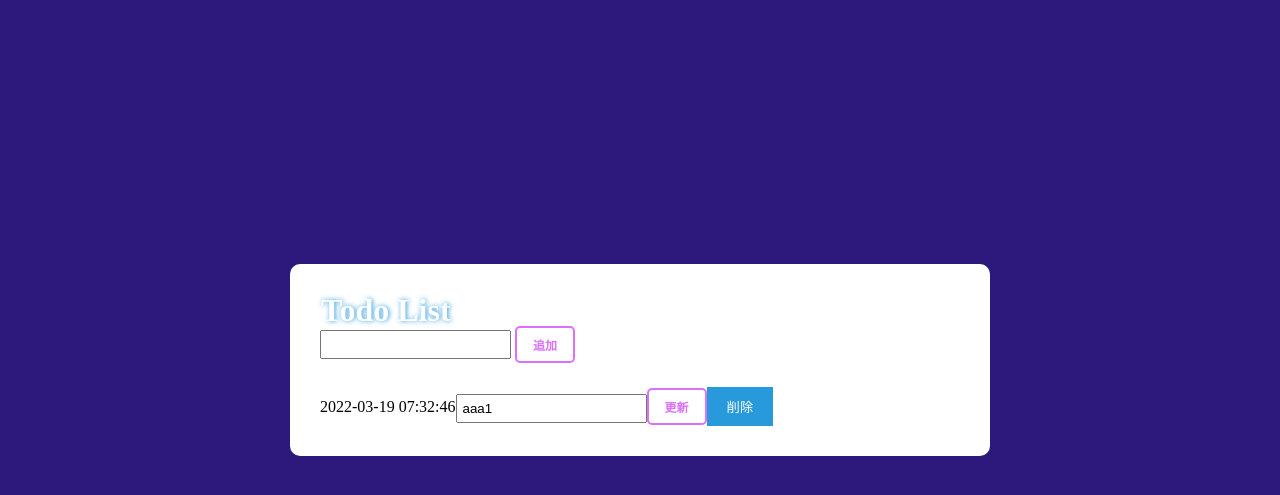
Repository: azuma2/todo
Page: http://localhost/todo/create
These files come from the project's save history. The page is drawn as it stood at one moment and after the next save; the edit follows.
The browser window is 1280 px wide. The pictures show the whole page.
The page is served by the project's Laravel application, run on PHP 8.4 with Laravel 8.

Above is the page before, as saved 2022-03-20 02:32:27.

After the next save:
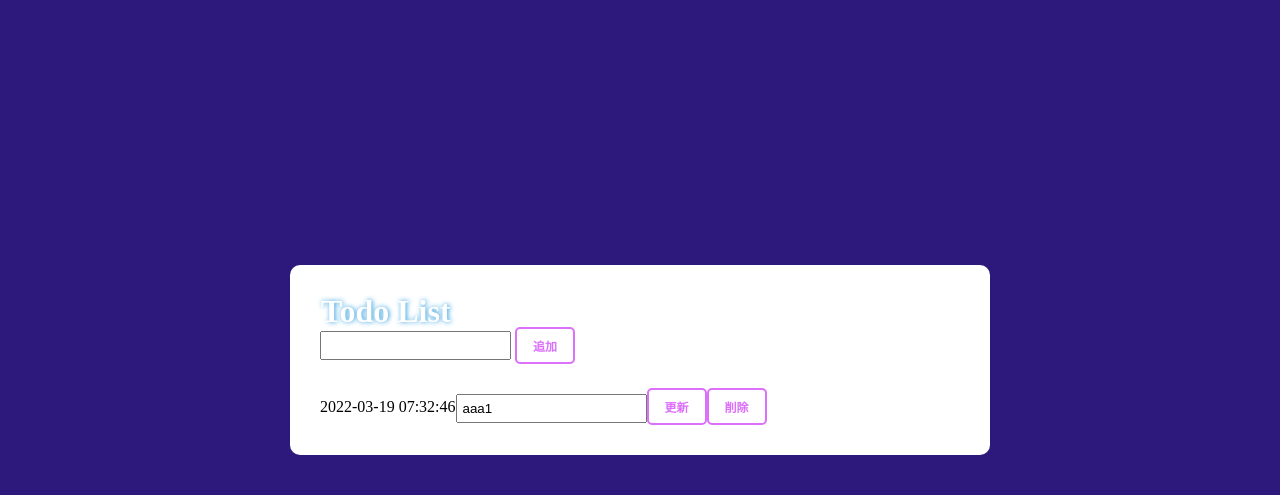
Saved 5 s later.
--- a/resources/views/layouts/default.blade.php
+++ b/resources/views/layouts/default.blade.php
@@ -81,7 +81,7 @@
             </form>
             <td>
               <form action="https://intense-reef-81125.herokuapp.com/todo/delete?id=1794" method="post">
-                <input type="hidden" name="_token" value="yPGHmdfvXMVMWtmtJqGVIjK97kTAmYJNKCWK19b7">                <button class="button-delete">削除</button>
+                <input type="hidden" name="_token" value="yPGHmdfvXMVMWtmtJqGVIjK97kTAmYJNKCWK19b7">                <button class="button">削除</button>
               </form>
             </td>
           </tr>
